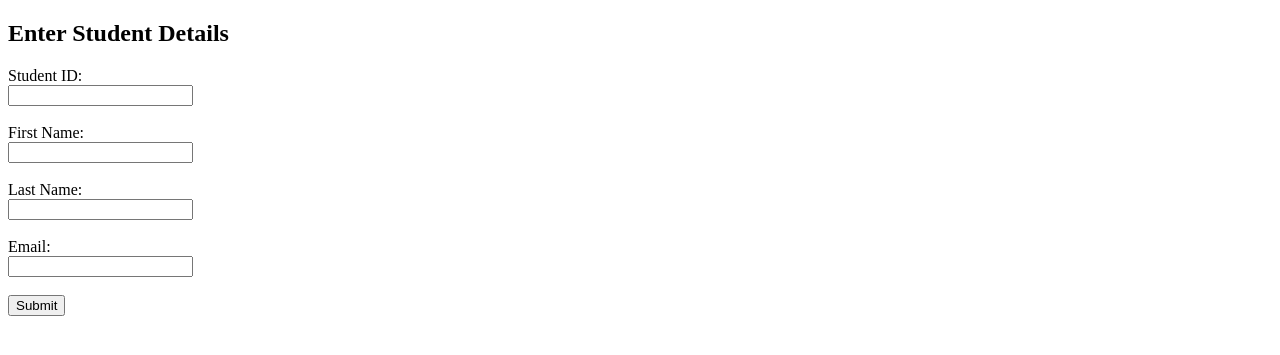
Repository: manvendra-24/jsp-servlets
Page: http://localhost/12-student-mvc-db/add-student.jsp
An editor plug-in stored every save of this project. The page is shown before and after the next save, followed by the edit.
The browser window is 1280 px wide. The pictures show the whole page.
The page is served by Tomcat 9.

Above is the page before, as saved 2024-07-17 07:18:37.

After the next save:
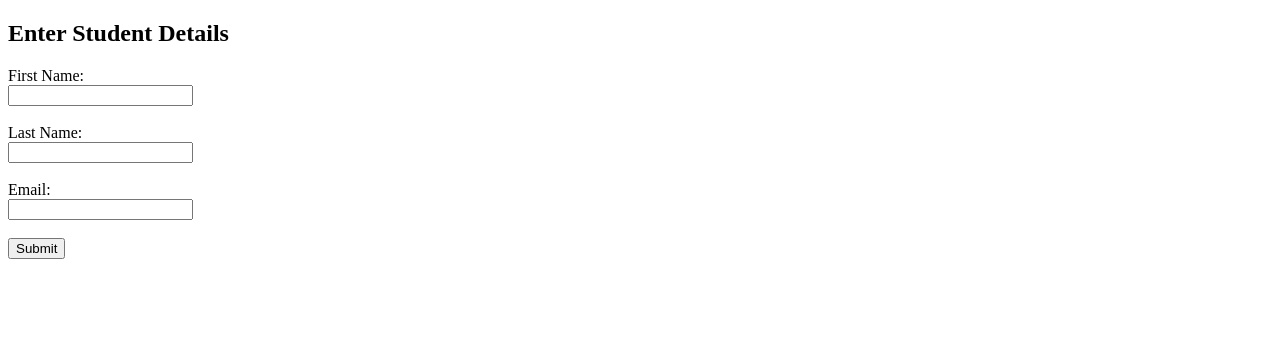
Saved 78 s later.
--- a/12-student-mvc-db/WebContent/add-student.jsp
+++ b/12-student-mvc-db/WebContent/add-student.jsp
@@ -9,9 +9,6 @@
 <body>
 	<h2>Enter Student Details</h2>
     <form action="submitStudentDetails.jsp" method="post">
-        <label for="studentId">Student ID:</label><br>
-        <input type="number" id="studentId" name="studentId" required><br><br>
-
         <label for="firstName">First Name:</label><br>
         <input type="text" id="firstName" name="firstName" required><br><br>
 
